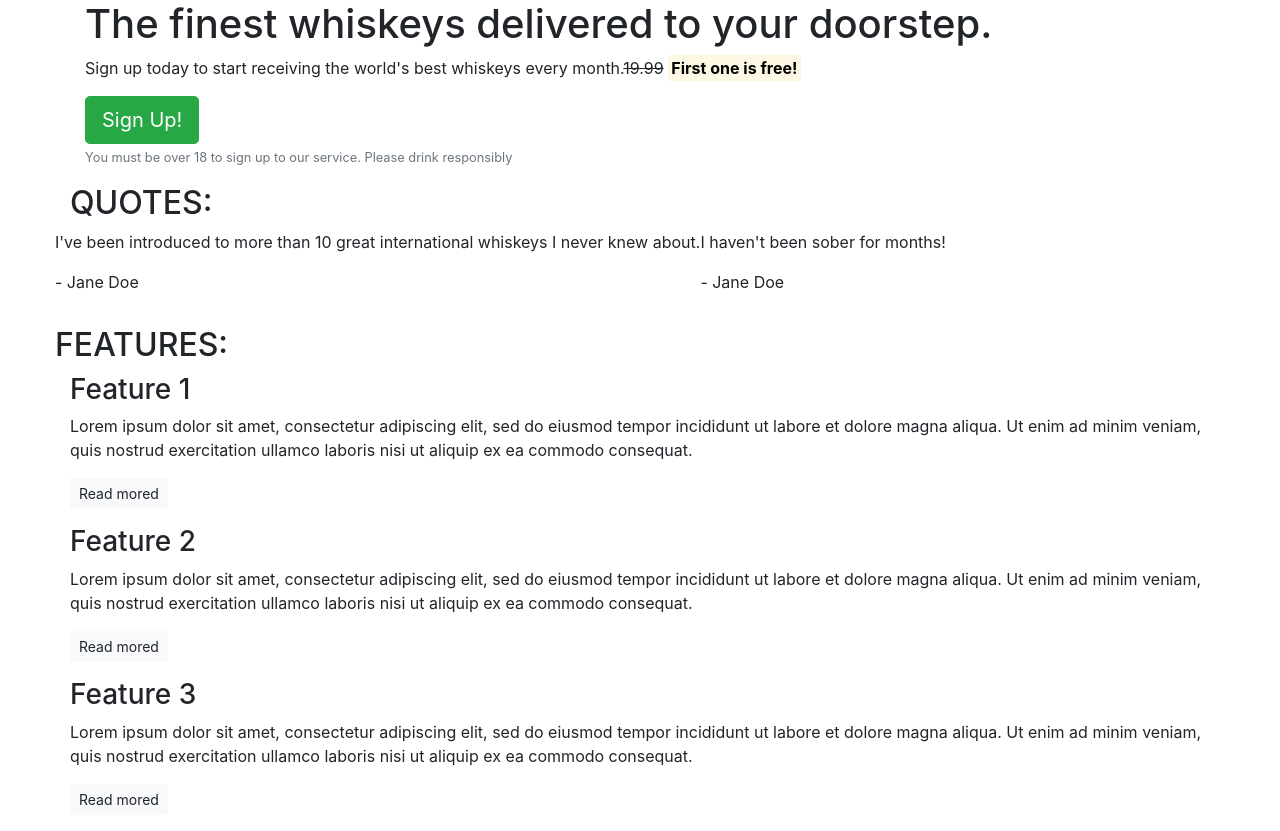
Repository: manub7/bootstrap4-mobile-first
Page: index.html
The author's editor kept a record of every edit. The page is drawn from the files as they stood at one moment, then again after the next edit.
The browser window is 1280 px wide. The pictures show the whole page.

Above is the page before.

### index.html
<!DOCTYPE html>
<html lang="en-us">

<head>
    <meta charset="utf-8">
    <meta name="viewport" content="width=device-width, initial-scale=1.0">
    <title>Whiskey Drop | Taste a new whiskey every month</title>
    <link rel="stylesheet" href="https://maxcdn.bootstrapcdn.com/bootstrap/4.1.3/css/bootstrap.min.css">
</head>

<body>
    <article class="container">
        <!-- Callout -->
        <div class="row">
            <div class="col-12">
                <section class="callout">
                    <h1>The finest whiskeys delivered to your doorstep.</h1>
                    <p clas="lead">Sign up today to start receiving the world's best whiskeys every month.<s>19.99</s> <strong><mark> First one is free!</mark></strong></p>
                    <button class="btn btn-success btn-lg">Sign Up!</button>
                    <p class="text-muted"><small> You must be over 18 to sign up to our service. Please drink responsibly </small></p>
                </section>
            </div>
            <div class="row"></div>
            <!-- /.callout -->
            <hr>

            <!-- Quotes -->
            <section class="quotes">
                <div class="row">
                    <div class="col-12">
                        <h2 class="text-uppercase">Quotes:</h2>
                    </div>
                    <blockquote class="quote">
                        <p>I've been introduced to more than 10 great international whiskeys I never knew about.</p>
                        <p>- Jane Doe</p>
                    </blockquote>
                    <blockquote class="quote">
                        <p>I haven't been sober for months!</p>
                        <p>- Jane Doe</p>
                        </blockquotes>
                </div>
            </section>
            <!-- /.quotes -->
            <hr>

            <!-- Features -->
            <section class="features">
                <div class="row">
                    <h2 class="text-uppercase">Features:</h2>
                </div>
                <div>
                    <div class="feature">
                        <h3>Feature 1</h3>
                        <p>Lorem ipsum dolor sit amet, consectetur adipiscing elit, sed do eiusmod tempor incididunt ut labore et dolore magna aliqua. Ut enim ad minim veniam, quis nostrud exercitation ullamco laboris nisi ut aliquip ex ea commodo consequat.</p>
                        <p><a class="btn btn-sm btn-light">Read mored</a></p>
                    </div>
                    <div class="feature">
                        <h3>Feature 2</h3>
                        <p>Lorem ipsum dolor sit amet, consectetur adipiscing elit, sed do eiusmod tempor incididunt ut labore et dolore magna aliqua. Ut enim ad minim veniam, quis nostrud exercitation ullamco laboris nisi ut aliquip ex ea commodo consequat.</p>
                        <p><a class="btn btn-sm btn-light">Read mored</a></p>
                    </div>
                    <div class="feature">
                        <h3>Feature 3</h3>
                        <p>Lorem ipsum dolor sit amet, consectetur adipiscing elit, sed do eiusmod tempor incididunt ut labore et dolore magna aliqua. Ut enim ad minim veniam, quis nostrud exercitation ullamco laboris nisi ut aliquip ex ea commodo consequat.</p>
                        <p><a class="btn btn-sm btn-light">Read mored</a></p>
                    </div>
                </div>
            </section>
            <!-- /.features -->
    </article>
</body>

</html>

After the next edit:
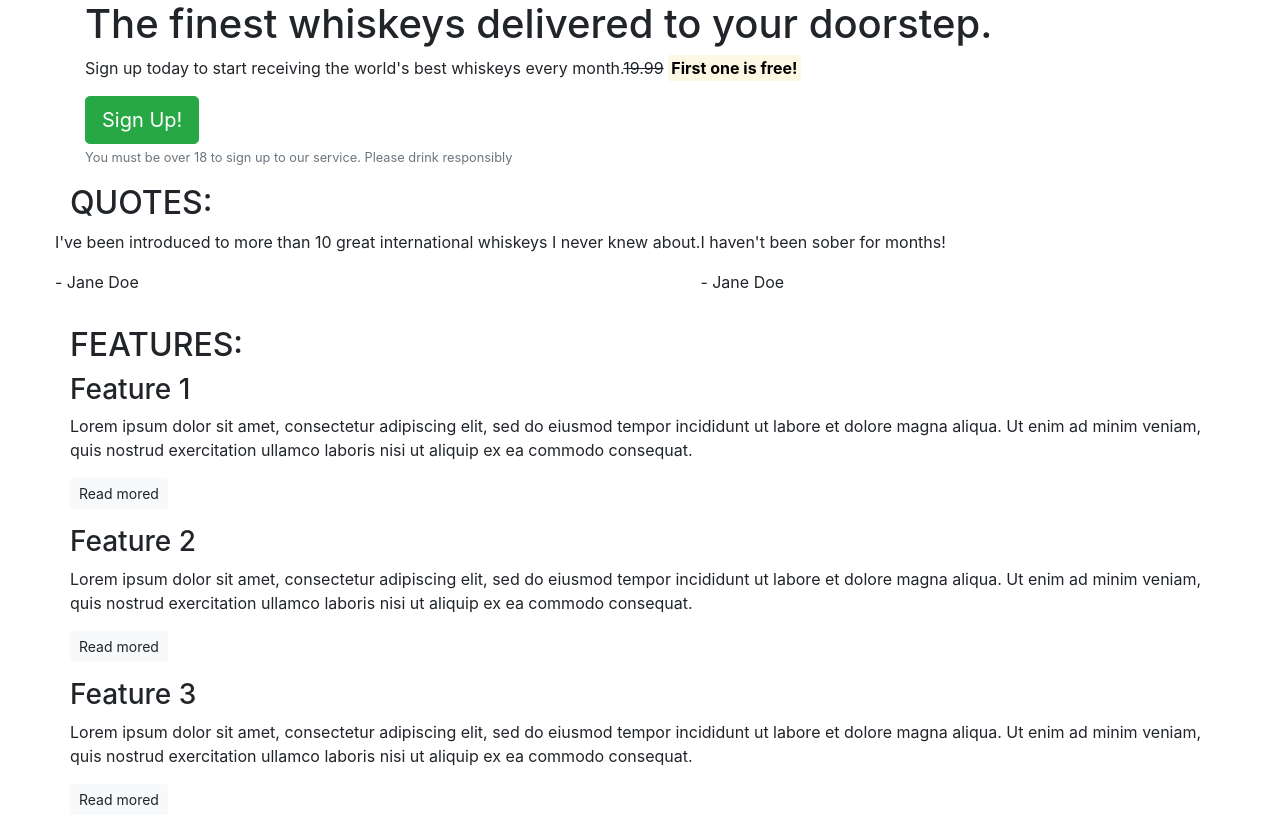
The edit:
--- a/index.html
+++ b/index.html
@@ -46,7 +46,9 @@
             <!-- Features -->
             <section class="features">
                 <div class="row">
-                    <h2 class="text-uppercase">Features:</h2>
+                    <div class="col-12">
+                        <h2 class="text-uppercase">Features:</h2>
+                    </div>
                 </div>
                 <div>
                     <div class="feature">
